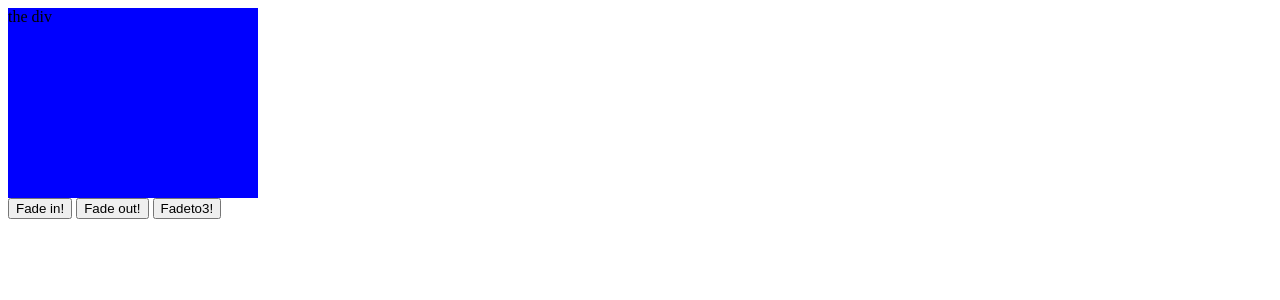
Repository: PoojaShirwaikar/BlockhainTest
Page: javascript/JQueryDemo/WebContent/DEMO3.html
An editor plug-in stored every save of this project. The page is shown before and after the next save, followed by the edit.
The browser window is 1280 px wide. The pictures show the whole page.
After loading, the first visible `#Fadeout` was clicked once.
Some web libraries are served in a nearby version.

Above is the page before, as saved 2017-11-13 09:05:35.

### javascript/JQueryDemo/WebContent/DEMO3.html
<!DOCTYPE html>
<html>
<head>
<meta charset="ISO-8859-1">
<title>Insert title here</title>
<style>
div {
	width: 250px;
	height: 190px;
	background-color: blue;
}
</style>
<script src="https://code.jquery.com/jquery-3.2.1.js"></script>
<script src="https://code.jquery.com/ui/1.12.1/jquery-ui.js"></script>
<script>
	$(function() {
		$("#Fadeion").click(function() {
			$("#thediv").fadeIn(2000, "easeInElastic");
		})

		$("#Fadeout").click(function() {
			$("#thediv").slideDown(2000, "easeOutBounce");
		})

		$("#Fadeto3").click(function() {
			$("#thediv").slideToggle();
		})
	});
</script>


</head>
<body>
	<div id="thediv">the div</div>
	<button id="Fadeion">Fade in!</button>
	<button id="Fadeout">Fade out!</button>
	<button id="Fadeto3">Fadeto3!</button>

</body>
</html>

After the next save:
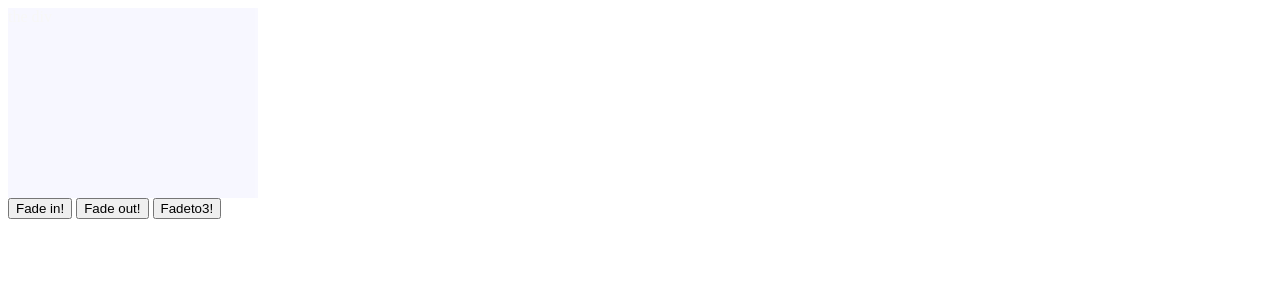
Saved 11 s later.
--- a/javascript/JQueryDemo/WebContent/DEMO3.html
+++ b/javascript/JQueryDemo/WebContent/DEMO3.html
@@ -19,7 +19,7 @@ div {
 		})
 
 		$("#Fadeout").click(function() {
-			$("#thediv").slideDown(2000, "easeOutBounce");
+			$("#thediv").fadeOut(2000, "easeOutBounce");
 		})
 
 		$("#Fadeto3").click(function() {
